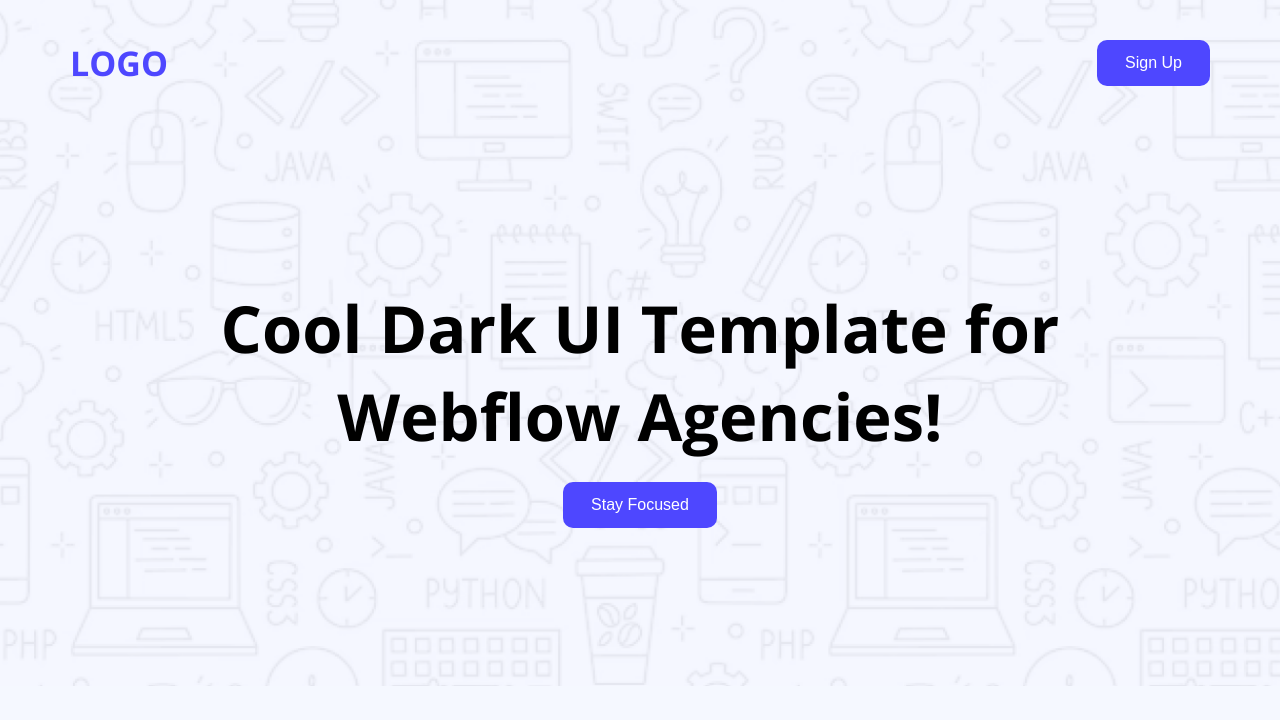
Repository: nahid-hasann/website-3
Page: index.html
The author's editor kept a copy of each file at every save. The page is drawn from the files as they stood at one save, then again after the next save.
The browser window is 1280 px wide. The pictures show the whole page.

Above is the page before, as saved 2025-07-10 19:43:02.

After the next save:
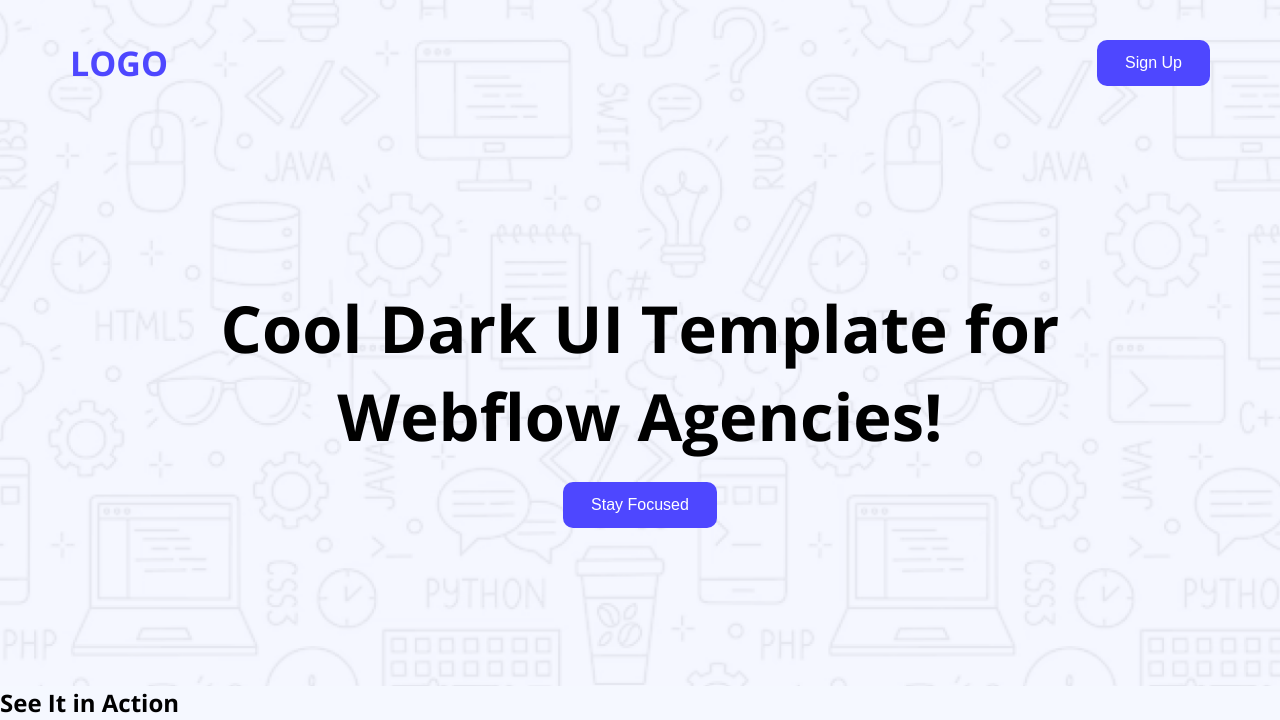
Saved 10 s later.
--- a/index.html
+++ b/index.html
@@ -32,7 +32,9 @@
 
 <section class="action section">
 
-<div></div>
+<div>
+    <h1>See It in Action</h1>
+</div>
 
 
 </section>
